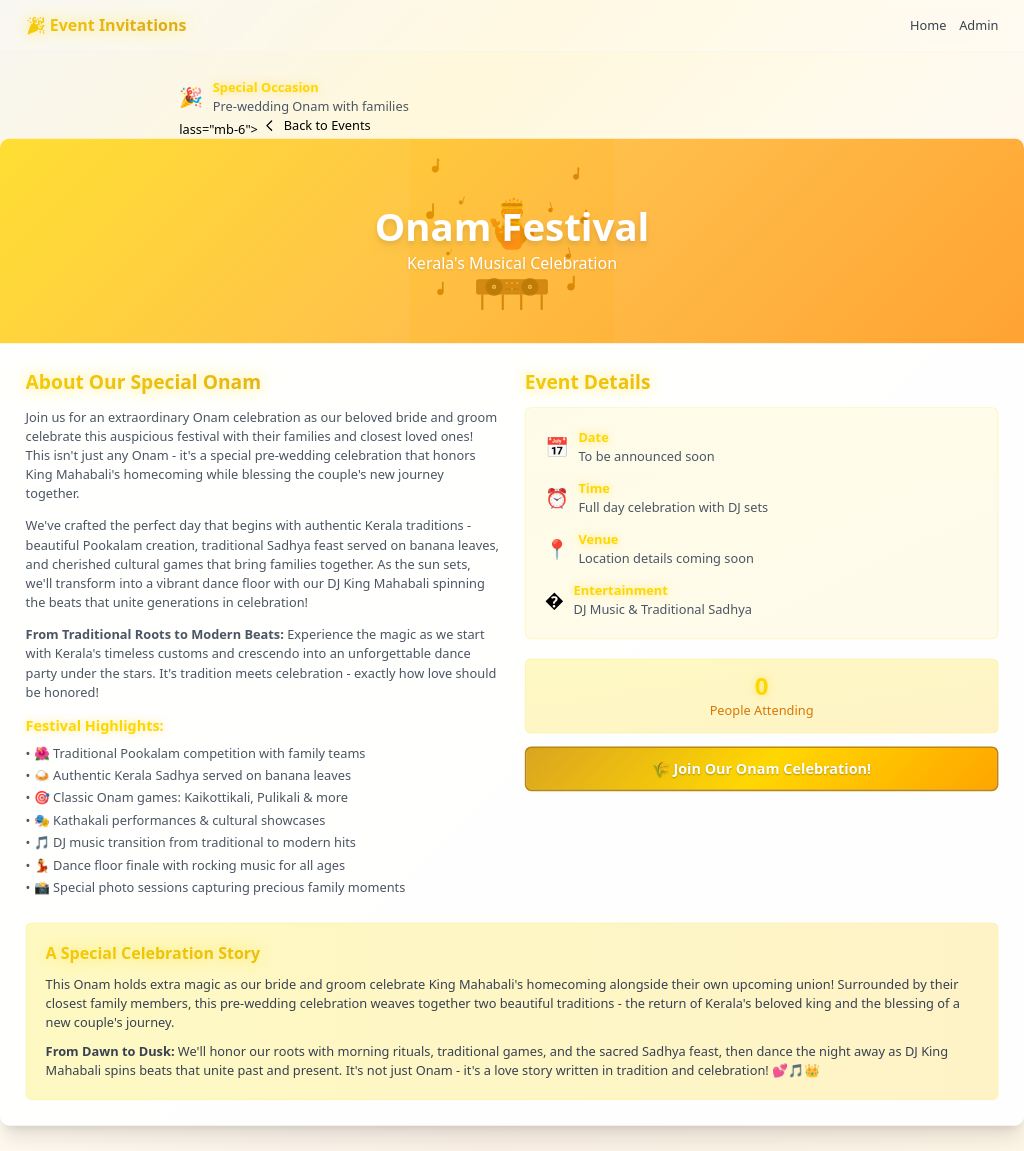
Repository: nanduldas/invitation
Page: http://localhost/event/onam
An editor plug-in stored every save of this project. The page is shown before and after the next save, followed by the edit.
The browser window is 1280 px wide. The pictures show the whole page, at 80% of full size.
Some web libraries are served in a nearby version. The page is served by the project's Laravel application, run on PHP 8.4 with Laravel 12. Queries for data that is not in the repository find no rows.

Above is the page before, as saved 2025-08-30 13:54:59.

After the next save:
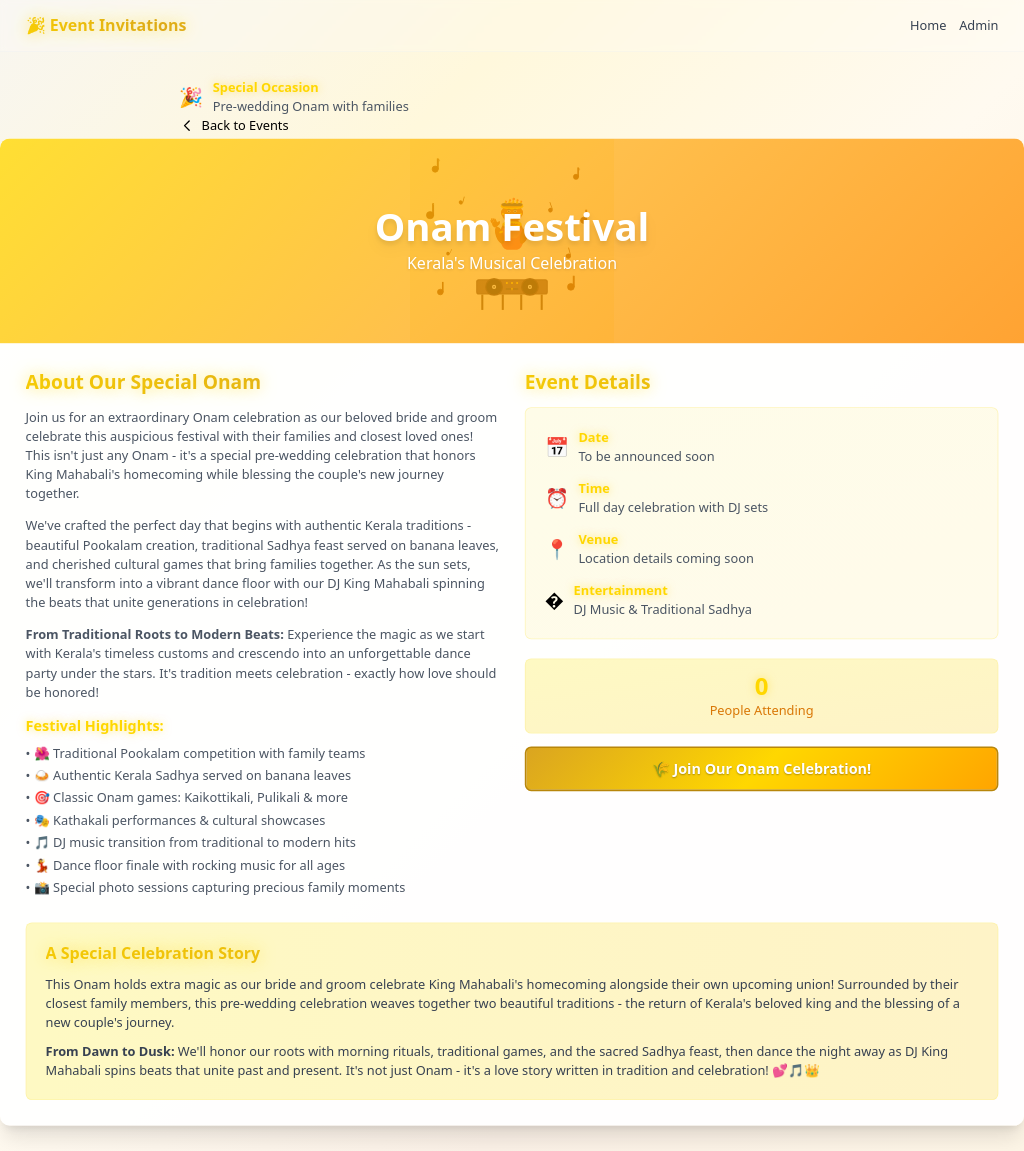
Saved 5 min 17 s later.
--- a/resources/views/events/show.blade.php
+++ b/resources/views/events/show.blade.php
@@ -11,7 +11,7 @@
                                     <div class="font-semibold text-gold">Special Occasion</div>
                                     <div class="text-gray-600">Pre-wedding Onam with families</div>
                                 </div>
-                            </div>lass="mb-6">
+                            </div>
         <a href="{{ route('home') }}" class="inline-flex items-center text-black hover:text-white transition-colors">
             <svg class="w-5 h-5 mr-2" fill="none" stroke="currentColor" viewBox="0 0 24 24">
                 <path stroke-linecap="round" stroke-linejoin="round" stroke-width="2" d="M15 19l-7-7 7-7"></path>
